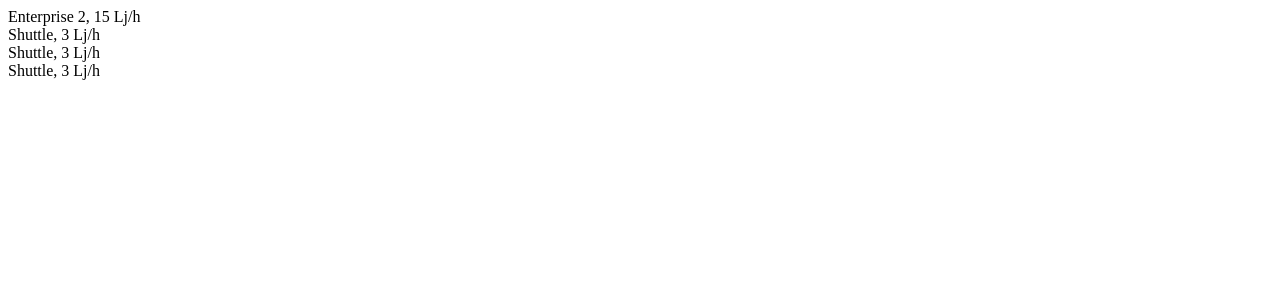
Repository: guelland/test
Page: http://localhost/Kap3/starship2.php
These files come from the project's save history. The page is drawn as it stood at one moment and after the next save; the edit follows.
The browser window is 1280 px wide. The pictures show the whole page.
The page is run by PHP 8.4 with error messages shown; the project is at /var/www/html/.

Above is the page before, as saved 2016-11-20 21:09:58.

After the next save:
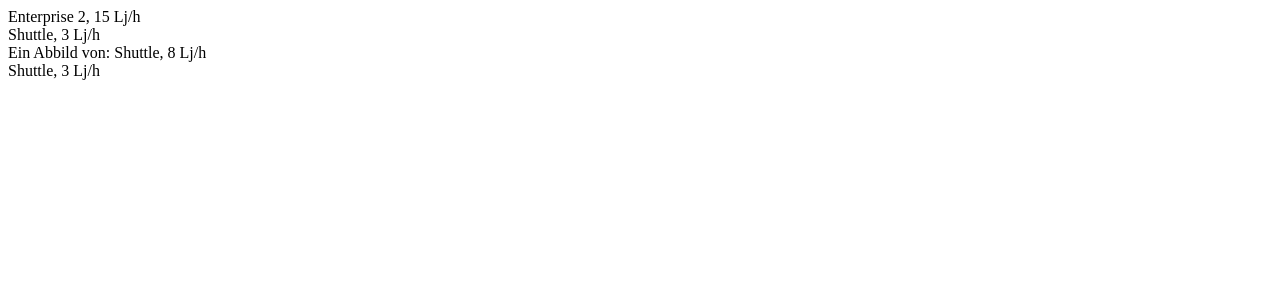
Saved 8 s later.
--- a/projektdateien_objektorientierte_programmierung_mit_php/Kap3/starship2.php
+++ b/projektdateien_objektorientierte_programmierung_mit_php/Kap3/starship2.php
@@ -35,7 +35,7 @@
 
 	echo $enterprise;
 	echo $ramboo;
-	echo $flex;
+	echo $flex2;
 	echo $flex;
 ?>
 </body>
